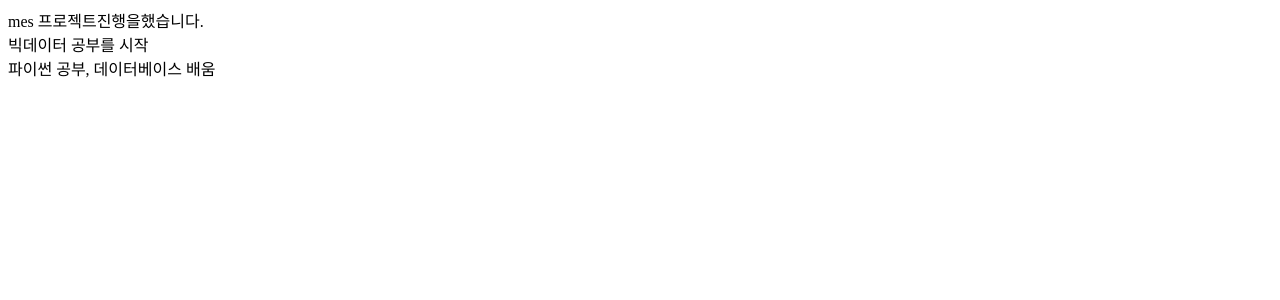
Repository: nijooymik/smartfactory
Page: jsp/t0718/src/main/webapp/html/divspan.html
These files come from the project's save history. The page is drawn as it stood at one moment and after the next save; the edit follows.
The browser window is 1280 px wide. The pictures show the whole page.

Above is the page before, as saved 2022-07-18 06:07:14.

### jsp/t0718/src/main/webapp/html/divspan.html
<!DOCTYPE html>
<html>
<head>
<meta charset="EUC-KR">
<title>Insert title here</title>
</head>
<body>
<div>
	mes 프로젝트진행을했습니다.
	<br>
	빅데이터 공부를 시작
	<br>
	<span>파이썬 공부</span>, 데이터베이스 배움
</div>
</body>
</html>

After the next save:
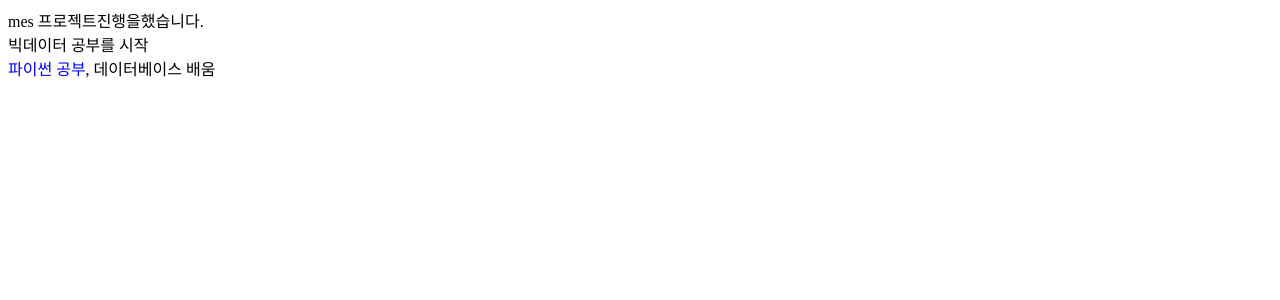
Saved 4 min 8 s later.
--- a/jsp/t0718/src/main/webapp/html/divspan.html
+++ b/jsp/t0718/src/main/webapp/html/divspan.html
@@ -10,7 +10,7 @@
 	<br>
 	빅데이터 공부를 시작
 	<br>
-	<span>파이썬 공부</span>, 데이터베이스 배움
+	<span style="color:blue">파이썬 공부</span>, 데이터베이스 배움
 </div>
 </body>
 </html>
